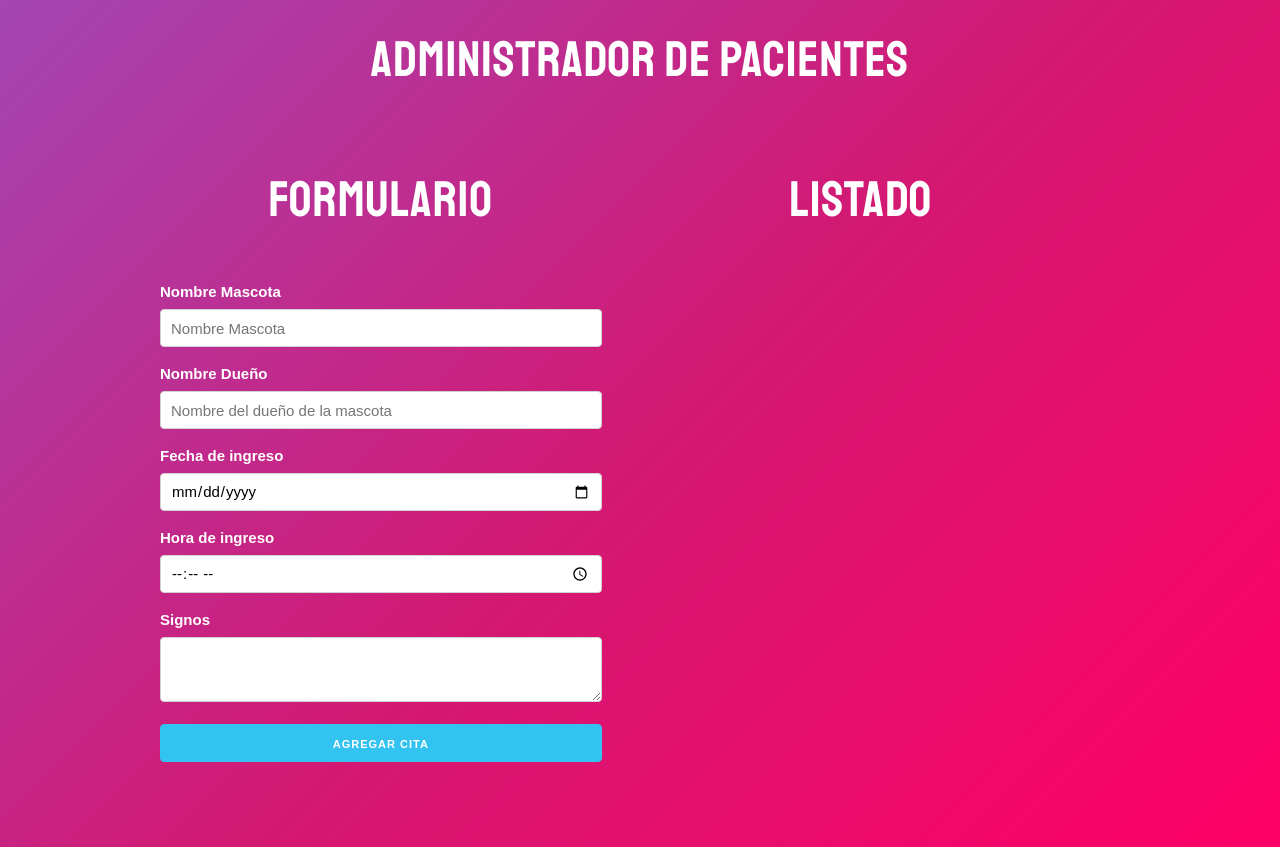
Repository: leonmezu1/react-jdlt
Page: /
An editor plug-in stored every save of this project. The page is shown before and after the next save, followed by the edit.
The browser window is 1280 px wide. The pictures show the whole page.
The project was rebuilt for these pictures with package versions that can differ from the ones it lists, and the page was loaded fresh each time. Also part of the build but not shown: src/components/Cita.js.

Above is the page before, as saved 2020-10-06 11:54:22.

### src/index.css
html {
  min-height: 100%;
}
body {
  margin: 0;
  padding: 0;
  font-family: sans-serif;
  background-image: linear-gradient(-225deg, #A445B2 0%, #D41872 52%, #FF0066 100%);
  min-height: 100%;
  padding-bottom: 5rem;
}
h1, h2  {
  color: white;
  padding: 3rem 0;
  text-align: center;

  text-transform: uppercase;

  font-family: 'Staatliches', cursive;
  letter-spacing: 1px;
}
.row {
  display: flex;
  justify-content: space-between;
}
.one-half-column{
  flex-basis: calc(46%);
}
.lista-citas .media {
  border-bottom: 1px solid #e1e1e1;
  padding-bottom: 3rem;
}

.lista-citas .media:last-of-type{
  border-bottom: 0;
}
.lista-citas .media-body p {
  margin:0;
}
.lista-citas .media-body button {
  margin-top: 1rem!important;
}
.lista-citas .media-body span {
  font-weight: bold;
}

label {
  color: white;
}

input[type="date"],
input[type="time"] {
  height: 38px;
    padding: 6px 10px;
    background-color: #fff;
    border: 1px solid #D1D1D1;
    border-radius: 4px;
    box-shadow: none;
    box-sizing: border-box;
}

.cita {
  padding: 2rem;
  background: white;
  border-bottom: 1px solid #e1e1e1;
  color: black;
}

.cita p {
  font-weight: bold;
  margin-bottom: .8rem;
}
.cita p span {
  font-weight: normal;

}
.cita:first-of-type {
  border-top-left-radius: 1rem;
  border-top-right-radius: 1rem;
}
.cita:last-of-type {
  border-bottom-left-radius: 1rem;
  border-bottom-right-radius: 1rem;
}
.button.eliminar,
.button.eliminar:hover {
  background-color: #c10059;
  color: white;
  margin-top: 2rem;
}

.alerta-error {
  background-color: white;
  color: red;
  padding: 1rem;
  font-size: 2rem;
  text-transform: uppercase;
  text-align: center;
  font-family:  'Staatliches', cursive;
}

### src/App.js
import React, { Fragment, useState } from 'react';
import Cita from './components/Cita';
import Formulario from './components/Formulario'

const App = () => {
  const [citas, guardarCitas] = useState([])

  const crearCita = cita => {
    guardarCitas([
      ...citas,
      cita
    ])
  }

  const eliminarCita = id => {
    const nuevasCitas = citas.filter(cita => cita.id !== id);
    guardarCitas(nuevasCitas);
  }

  return (
    <Fragment>
      <h1>Administrador de pacientes</h1>
      <div className ="container">
        <div className="row">
          <div className="one-half-column">
            <Formulario crearCita={crearCita}/>
          </div>
          <div className="one-half-column">
            <h1>{citas.length > 0 ? "Agrega una cita" : "Listado"}</h1>
            { citas.map(cita => (
              <Cita
                key={cita.id}
                cita={cita}
                eliminarCita={eliminarCita}
              />
            )) }
          </div>
        </div>
      </div>
    </Fragment>
  );
}

export default App;

### src/components/Formulario.js
import React, { Fragment, useState } from "react";
import uuid from 'uuid/dist/v4'; //

const Formulario = ({crearCita}) => {
  const [cita, actualizarCita] = useState({
    mascota: "",
    propietario: "",
    fecha: "",
    hora: "",
    sintomas: "",
  });

  const [error, actualizarError] = useState(false)

  const { mascota, propietario, fecha, hora, sintomas } = cita;

  const handleChange = (e) => {
    actualizarCita({
      ...cita,
      [e.target.name]: e.target.value,
    });
  };

  const submitCita = (e) => {
    e.preventDefault();
    const checkEmpty = [
      mascota.trim() === "",
      propietario.trim() === "",
      fecha.trim() === "",
      hora.trim() === "",
      sintomas.trim() === "",
    ];

    if (checkEmpty.some((value) => value)) {
      actualizarError(true);
      return;
    } else {
      actualizarError(false);
      cita.id = uuid();
      crearCita(cita);
      actualizarCita({
        mascota: "",
        propietario: "",
        fecha: "",
        hora: "",
        sintomas: "",
      });
      return;
    }
  };

  return (
    <Fragment>
      <h1>Formulario</h1>
      { error ? <p className="alerta-error">Todos los campos son obligatorios</p> : null }
      <form onSubmit={submitCita}>
        <label>Nombre Mascota</label>
        <input
          type="text"
          name="mascota"
          className="u-full-width"
          placeholder="Nombre Mascota"
          onChange={handleChange}
          value={mascota}
        />
        <label>Nombre Dueño</label>
        <input
          type="text"
          name="propietario"
          className="u-full-width"
          placeholder="Nombre del dueño de la mascota"
          onChange={handleChange}
          value={propietario}
        />
        <label>Fecha de ingreso</label>
        <input
          type="date"
          name="fecha"
          className="u-full-width"
          onChange={handleChange}
          value={fecha}
        />
        <label>Hora de ingreso</label>
        <input
          type="time"
          name="hora"
          className="u-full-width"
          onChange={handleChange}
          value={hora}
        />
        <label>Signos</label>
        <textarea
          className="u-full-width"
          name="sintomas"
          onChange={handleChange}
          value={sintomas}
        ></textarea>
        <button type="submit" className="u-full-width button-primary">
          Agregar cita
        </button>
      </form>
    </Fragment>
  );
};

export default Formulario;

Loaded but not shown: public/index.html (common file); src/index.js (common file); src/serviceWorker.js (common file)

After the next save:
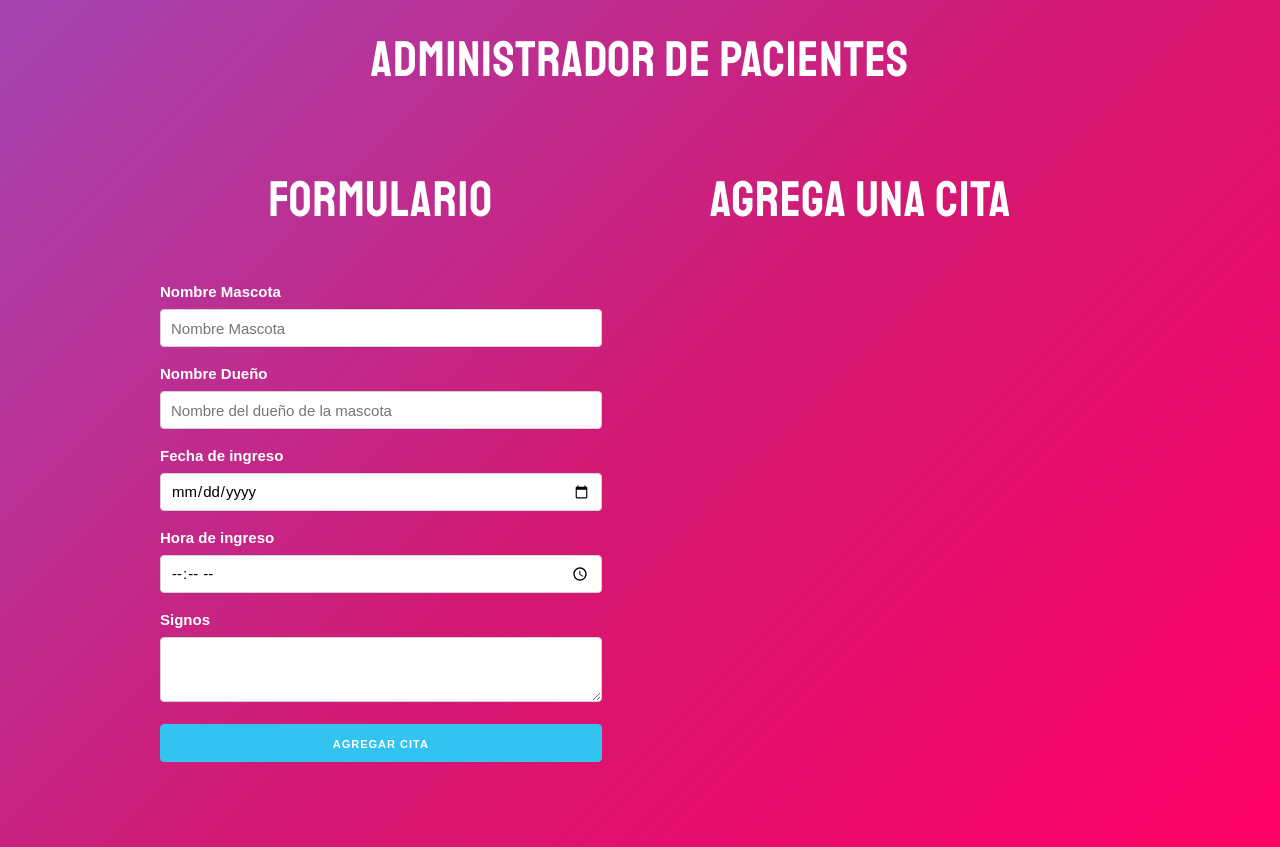
Saved 71 s later.
--- a/src/App.js
+++ b/src/App.js
@@ -26,7 +26,7 @@ const App = () => {
             <Formulario crearCita={crearCita}/>
           </div>
           <div className="one-half-column">
-            <h1>{citas.length > 0 ? "Agrega una cita" : "Listado"}</h1>
+            <h1>{citas.length === 0 ? "Agrega una cita" : "Listado"}</h1>
             { citas.map(cita => (
               <Cita
                 key={cita.id}
